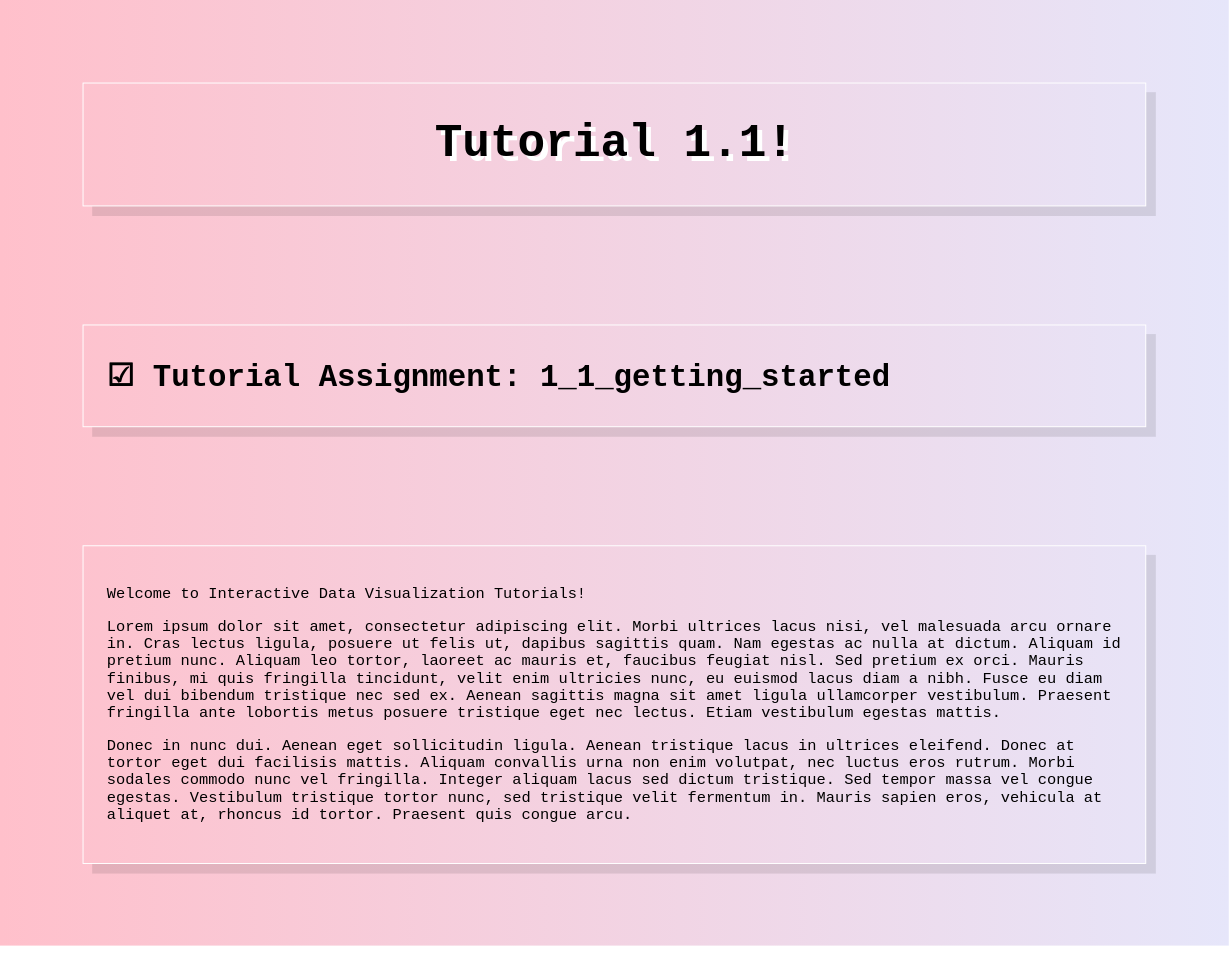
Repository: lisjak/Interactive-Data-Vis-Fall2022
Page: 1_1_getting_started/index.html
These files come from the project's save history. The page is drawn as it stood at one moment and after the next save; the edit follows.
The browser window is 1280 px wide. The pictures show the whole page, at 96% of full size.
The pointer rests on the first visible `div`.
Some web fonts or font styles are not loaded; a fallback is used.

Above is the page before, as saved 2022-09-04 22:00:52.

After the next save:
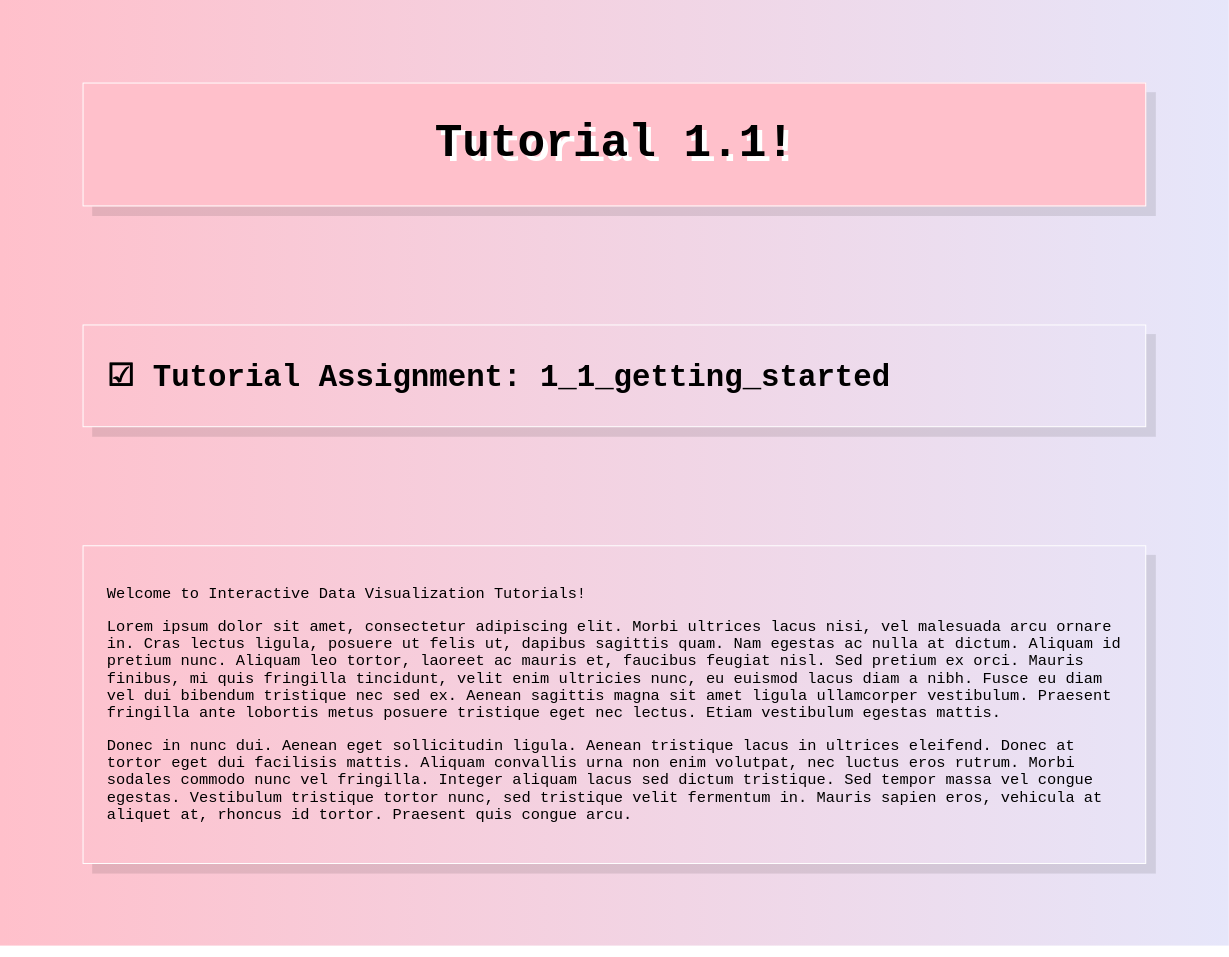
Saved 29 s later.
--- a/1_1_getting_started/style.css
+++ b/1_1_getting_started/style.css
@@ -17,6 +17,10 @@ div {
     box-shadow: 10px 10px 0px rgb(0 0 0 / 0.1);
 }
 
+div:hover {
+    background-color: pink;
+}
+
 h1 {
     font-size: 3em;
     margin: 0.25em 0;
